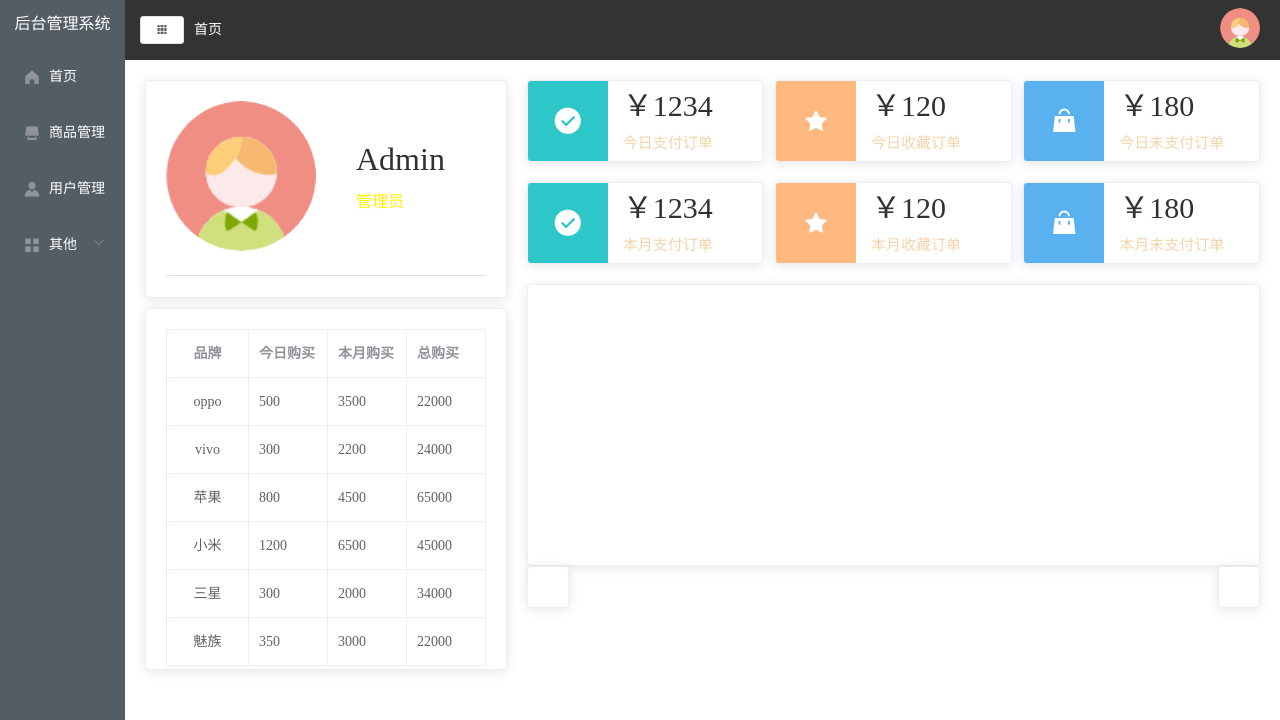
Repository: tkqi/manage
Page: /
An editor plug-in stored every save of this project. The page is shown before and after the next save, followed by the edit.
The browser window is 1280 px wide. The pictures show the whole page.
The project was rebuilt for these pictures with package versions that can differ from the ones it lists, and the page was loaded fresh each time. Also part of the build but not shown: vue.config.js.

Above is the page before, as saved 2023-12-06 18:53:17.

After the next save:
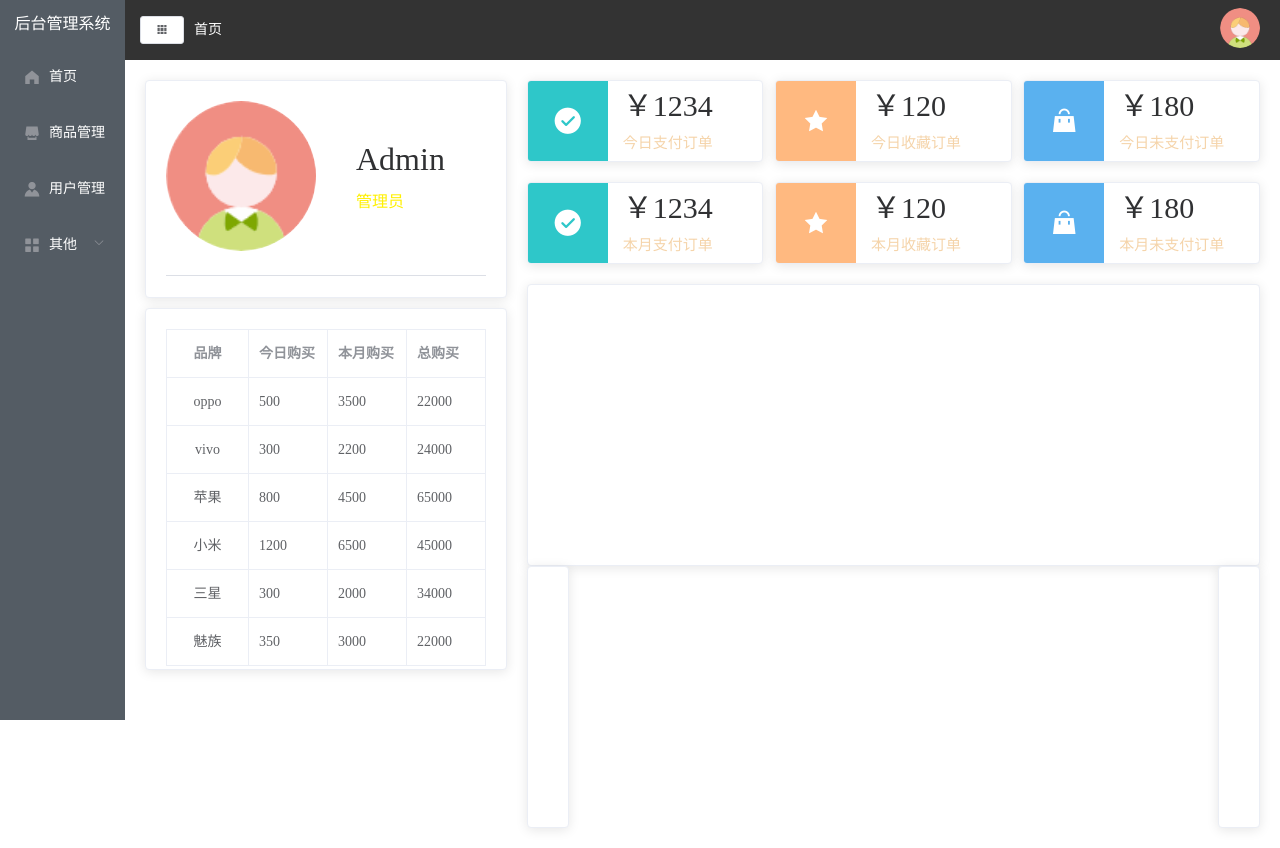
Saved 41 s later.
--- a/src/views/Home.vue
+++ b/src/views/Home.vue
@@ -214,5 +214,8 @@ export default {
     display: flex;
     justify-content: space-between;
     align-items: center;
+    .el-card{
+        height: 260px;
+    }
 }
 </style>
